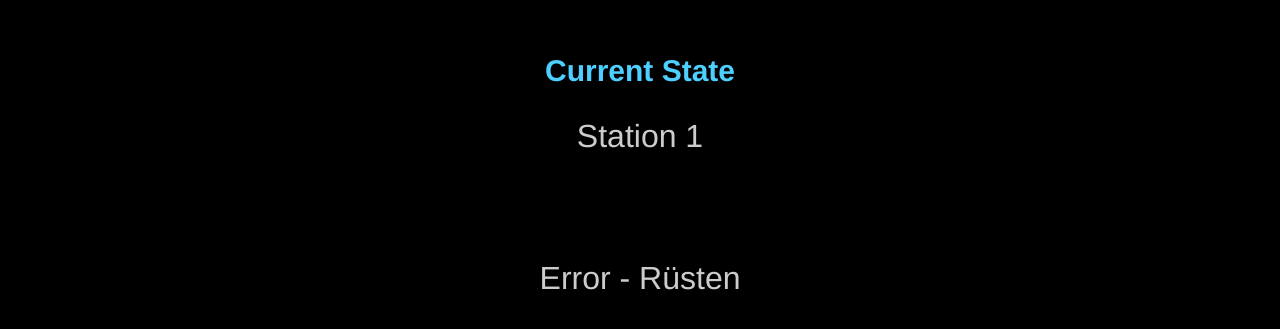
Repository: vikas344041/DemoTizen
Page: Demo/SecondPage.html
The author's editor kept a copy of each file at every save. The page is drawn from the files as they stood at one save, then again after the next save.
The browser window is 1280 px wide. The pictures show the whole page.

Above is the page before, as saved 2018-02-01 21:24:22.

### Demo/SecondPage.html
<!DOCTYPE html>
<html>
   <head>
      <meta name="viewport" content="width=device-width, user-scalable=no"/>
      <title>Hello TAU</title>
      <link rel="stylesheet"  href="lib/tau/wearable/theme/default/tau.min.css">
      <link rel="stylesheet" media="all" href="lib/tau/wearable/theme/default/tau.circle.min.css">
   </head>
   <body>
      <div class="ui-page" id="second">
         <header class="ui-header">
            <h2 class="ui-title">Current State</h2>
         </header>
         <div id="secondContent" class="ui-content">
            Station 1
         </div>
         <div id="thirdContent" class="ui-content">
            Error - Rüsten
         </div>
      </div>
      <script type="text/javascript" src="lib/tau/wearable/js/tau.min.js"></script>
   </body>
</html>

Loaded but not shown: Demo/lib/tau/wearable/theme/default/tau.min.css (library); Demo/lib/tau/wearable/theme/default/tau.circle.min.css (library); Demo/lib/tau/wearable/js/tau.min.js (library)

After the next save:
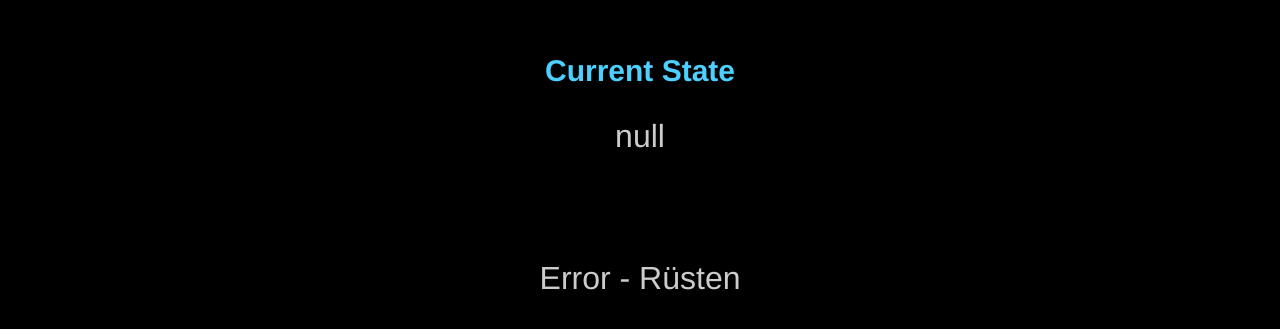
Saved 11 min 4 s later.
--- a/Demo/SecondPage.html
+++ b/Demo/SecondPage.html
@@ -5,6 +5,14 @@
       <title>Hello TAU</title>
       <link rel="stylesheet"  href="lib/tau/wearable/theme/default/tau.min.css">
       <link rel="stylesheet" media="all" href="lib/tau/wearable/theme/default/tau.circle.min.css">
+      <script>
+      	window.onload = function () {
+           var localhtml = "";
+           localhtml += "<li>" + localStorage.getItem('Station') + "</li>";
+           document.getElementById('secondContent').innerHTML = localhtml;
+
+        }
+    </script>
    </head>
    <body>
       <div class="ui-page" id="second">
